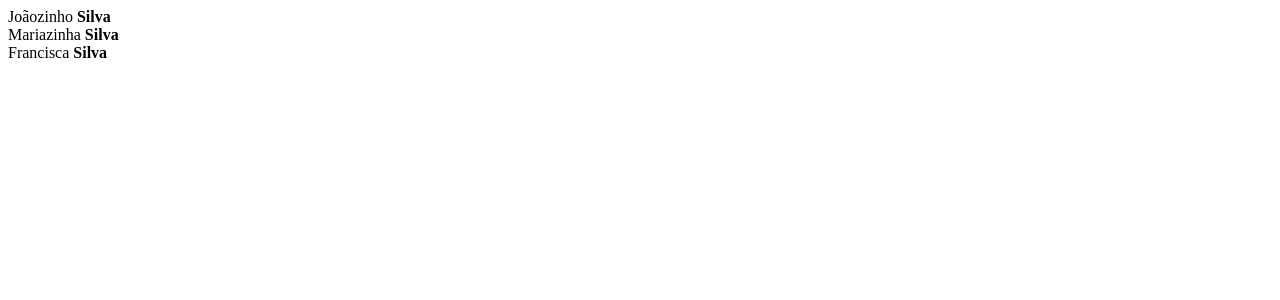
Repository: eversonps/react-fundamentos
Page: / (app in v3 - old/)
These files come from the project's save history. The page is drawn as it stood at one moment and after a run of saves; the edit follows.
The browser window is 1280 px wide. The pictures show the whole page.
The project was rebuilt for these pictures with package versions that can differ from the ones it lists, and the page was loaded fresh each time. Also part of the build but not shown: v3 - old/webpack.config.js.

Above is the page before, as saved 2022-03-24 14:34:10.

### v3 - old/public/index.html
<!DOCTYPE html>
<html lang="pt-br">
<head>
    <meta charset="UTF-8">
    <meta http-equiv="X-UA-Compatible" content="IE=edge">
    <meta name="viewport" content="width=device-width, initial-scale=1.0">
    <title>Exercícios do React</title>
</head>
<body>
    <div id="app">

    </div>

    <script src="bundle.js"></script>
</body>
</html>

### v3 - old/ex/index.jsx
import React from "react";
import ReactDOM from "react-dom";
import SilvaFamily from "./silvaFamily"

ReactDOM.render(
    <SilvaFamily></SilvaFamily>,
    document.getElementById("app")
)

### v3 - old/ex/silvaFamily.jsx
import React from "react"
import Member from "./member"

export default props => (
    <div>
        <Member name="Joãozinho" lastName="Silva"></Member>
        <Member name="Mariazinha" lastName="Silva"></Member>
        <Member name="Francisca" lastName="Silva"></Member>
    </div>
)

### v3 - old/ex/member.jsx
import React from "react"

export default props => (
    <div>
        {props.name} <strong>{props.lastName}</strong>
    </div>
)

### v3 - old/ex/family.jsx
import React from "react"

export default props => (
    <div>

    </div>
)

After the next 2 saves:
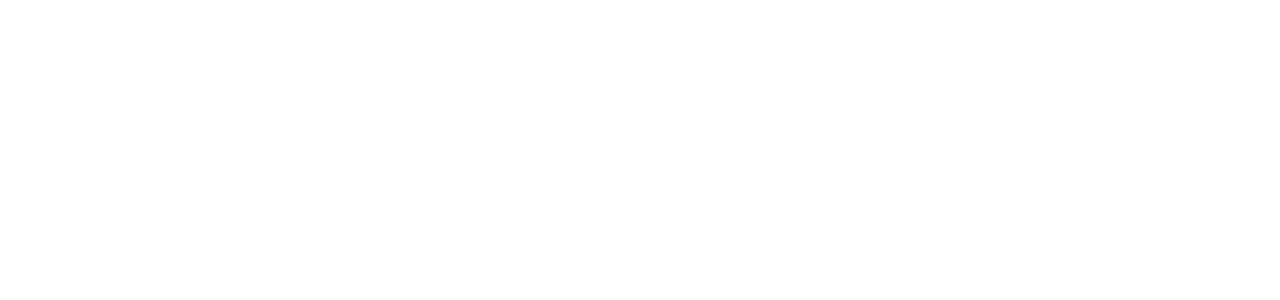
Console error: ReferenceError: SilvaFamily is not defined
The 2 saves are shown as one change because they came seconds apart.
The last was saved 25 s later.
--- a/v3 - old/ex/index.jsx
+++ b/v3 - old/ex/index.jsx
@@ -1,6 +1,7 @@
 import React from "react";
 import ReactDOM from "react-dom";
-import SilvaFamily from "./silvaFamily"
+import Family from "./family"
+import Member from "./member"
 
 ReactDOM.render(
     <SilvaFamily></SilvaFamily>,

After the 2 saves that followed:
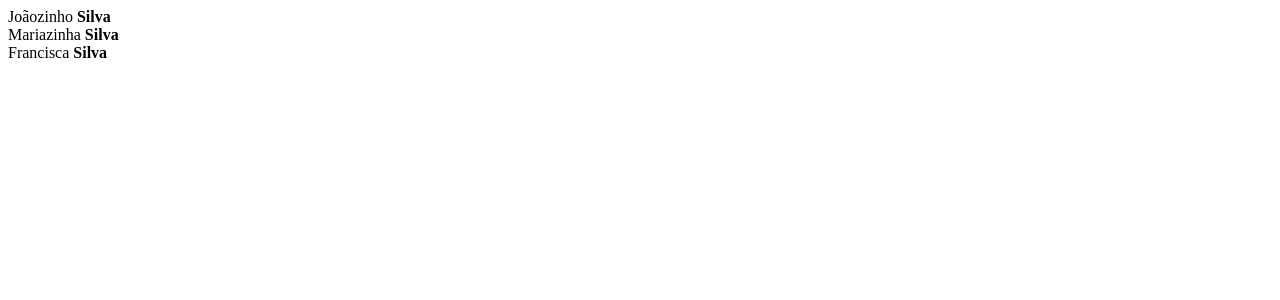
The error is gone.
The 2 saves are shown as one change because 1 left the picture as it was.
The last was saved 65 s later.
--- a/v3 - old/ex/index.jsx
+++ b/v3 - old/ex/index.jsx
@@ -4,6 +4,10 @@
 import Member from "./member"
 
 ReactDOM.render(
-    <SilvaFamily></SilvaFamily>,
+    <Family>
+        <Member name="Joãozinho" lastName="Silva"></Member>
+        <Member name="Mariazinha" lastName="Silva"></Member>
+        <Member name="Francisca" lastName="Silva"></Member>
+    </Family>,
     document.getElementById("app")
 )
--- a/v3 - old/ex/family.jsx
+++ b/v3 - old/ex/family.jsx
@@ -2,6 +2,6 @@
 
 export default props => (
     <div>
-
+        {props.children}
     </div>
 )
